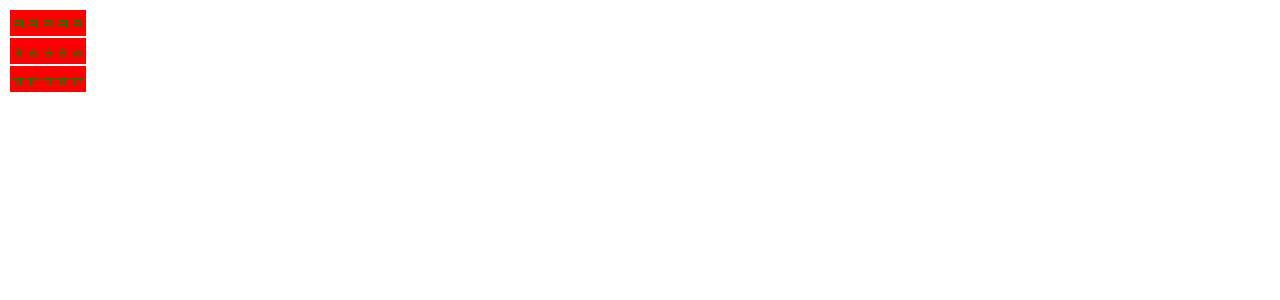
Repository: womss/sexyguy
Page: Spring/Feb13_1_jQuery/WebContent/5_Example.html
An editor plug-in stored every save of this project. The page is shown before and after the next save, followed by the edit.
The browser window is 1280 px wide. The pictures show the whole page.

Above is the page before, as saved 2025-02-13 07:18:24.
Console error: TypeError: $(...) is not a function

### Spring/Feb13_1_jQuery/WebContent/5_Example.html
<!DOCTYPE html>
<html>
<head>
<meta charset="UTF-8">
<title>Insert title here</title>
<style type="text/css">

</style>
<script type="text/javascript" src="jQuery.js"></script>
<script type="text/javascript">
	$(function() {
		// ㅋㅋㅋㅋㅋ => 글자색 : green / 배경색 : red
		// ㅎㅎㅎㅎㅎ => 글자색 : yellow / 배경색 : blue
		// ㅠㅠㅠㅠㅠ => 글자색 : pink / 배경색 : teal

		$("td").each(function(i, t) {
			$(t).css("color", "green");
			$(t).css("background-color", "red");
		});
		$("td")(function(i, t) {
			$(t).css("color", "yellow");
			$(t).css("background-color", "blue");
		});
		$("td")(function(i, t) {
			$(t).css("color", "pink");
			$(t).css("background-color", "teal");
		});

	});
</script>
</head>
<body>
	<table>
		<tr>
			<td>ㅋㅋㅋㅋㅋ</td>
		</tr>
		<tr>
			<td>ㅎㅎㅎㅎㅎ</td>
		</tr>
		<tr>
			<td>ㅠㅠㅠㅠㅠ</td>
		</tr>
	</table>
</body>
</html>

Loaded but not shown: Spring/Feb13_1_jQuery/WebContent/jQuery.js (library)

After the next save:
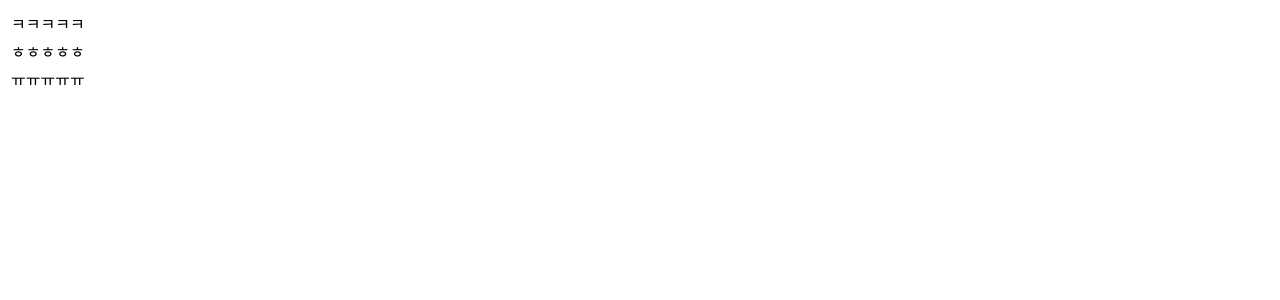
Console error: SyntaxError: Unexpected number
Saved 21 s later.
--- a/Spring/Feb13_1_jQuery/WebContent/5_Example.html
+++ b/Spring/Feb13_1_jQuery/WebContent/5_Example.html
@@ -13,15 +13,15 @@
 		// ㅎㅎㅎㅎㅎ => 글자색 : yellow / 배경색 : blue
 		// ㅠㅠㅠㅠㅠ => 글자색 : pink / 배경색 : teal
 
-		$("td").each(function(i, t) {
+		$("td").each(function(1, t) {
 			$(t).css("color", "green");
 			$(t).css("background-color", "red");
 		});
-		$("td")(function(i, t) {
+		$("td")(function(2, t) {
 			$(t).css("color", "yellow");
 			$(t).css("background-color", "blue");
 		});
-		$("td")(function(i, t) {
+		$("td")(function(3, t) {
 			$(t).css("color", "pink");
 			$(t).css("background-color", "teal");
 		});

After the 4 saves that followed:
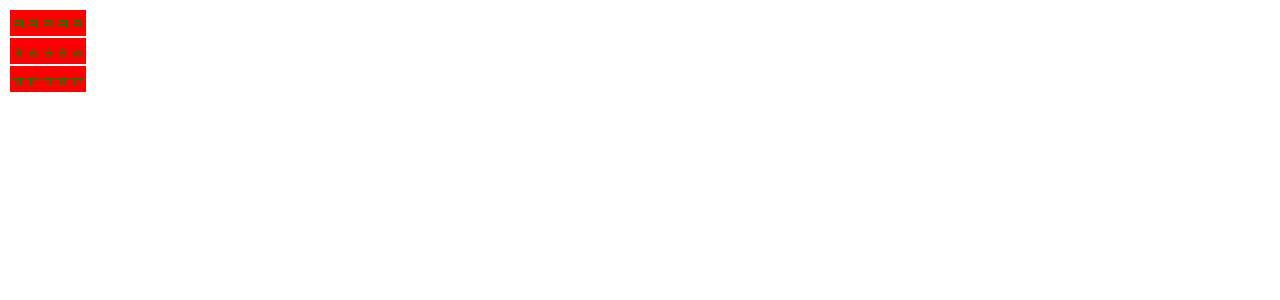
Console error: TypeError: $(...) is not a function
The 4 saves are shown as one change because 3 left the picture as it was.
The last was saved 69 s later.
--- a/Spring/Feb13_1_jQuery/WebContent/5_Example.html
+++ b/Spring/Feb13_1_jQuery/WebContent/5_Example.html
@@ -13,15 +13,15 @@
 		// ㅎㅎㅎㅎㅎ => 글자색 : yellow / 배경색 : blue
 		// ㅠㅠㅠㅠㅠ => 글자색 : pink / 배경색 : teal
 
-		$("td").each(function(1, t) {
+		$("td").each(function(i, t) {
 			$(t).css("color", "green");
 			$(t).css("background-color", "red");
 		});
-		$("td")(function(2, t) {
+		$("td")(function(i, t) {
 			$(t).css("color", "yellow");
 			$(t).css("background-color", "blue");
 		});
-		$("td")(function(3, t) {
+		$("td")(function(i, t) {
 			$(t).css("color", "pink");
 			$(t).css("background-color", "teal");
 		});
